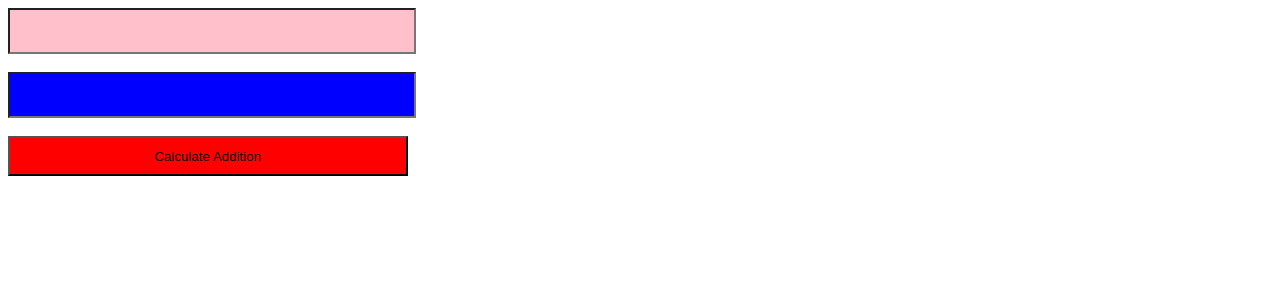
Repository: vaibhaokamble/MY_INSTITUTE_PUNE
Page: SERVLET/AdditionApplication/src/main/webapp/Addition.html
These files come from the project's save history. The page is drawn as it stood at one moment and after the next save; the edit follows.
The browser window is 1280 px wide. The pictures show the whole page.

Above is the page before, as saved 2022-10-18 08:18:47.

### SERVLET/AdditionApplication/src/main/webapp/Addition.html
<!DOCTYPE html>
<html>
<head>
<meta charset="UTF-8">
<title>Insert title here</title>
</head>
<body>
	<input type='text' name='first' value=''
		style='width: 400px; height: 40px; background-color:pink;' />
	<br>
	<br>
	<input type='text' name='second' value=''
		style='width: 400px; height: 40px; background-color:blue;' />
	<br>
	<br>
	<input type='submit' name='s' value='Calculate Addition'
		style='width: 400px; height: 40px; background-color:red;' />

</body>
</html>

After the next save:
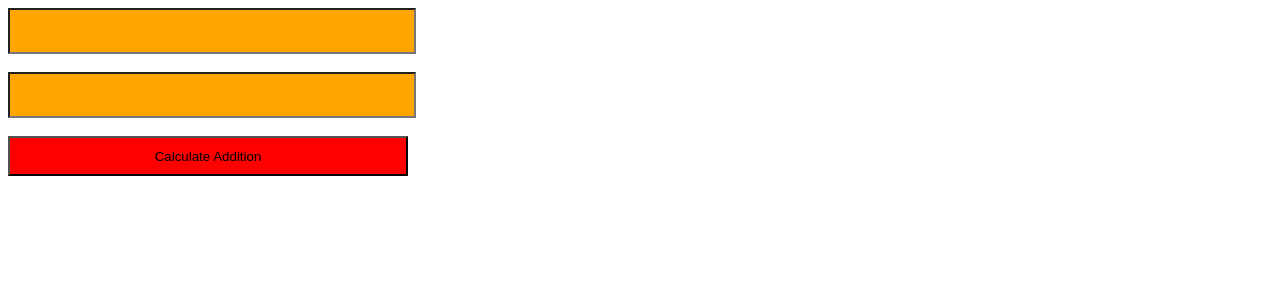
Saved 27 s later.
--- a/SERVLET/AdditionApplication/src/main/webapp/Addition.html
+++ b/SERVLET/AdditionApplication/src/main/webapp/Addition.html
@@ -6,11 +6,11 @@
 </head>
 <body>
 	<input type='text' name='first' value=''
-		style='width: 400px; height: 40px; background-color:pink;' />
+		style='width: 400px; height: 40px; background-color:orange;' />
 	<br>
 	<br>
 	<input type='text' name='second' value=''
-		style='width: 400px; height: 40px; background-color:blue;' />
+		style='width: 400px; height: 40px; background-color:orange;' />
 	<br>
 	<br>
 	<input type='submit' name='s' value='Calculate Addition'
